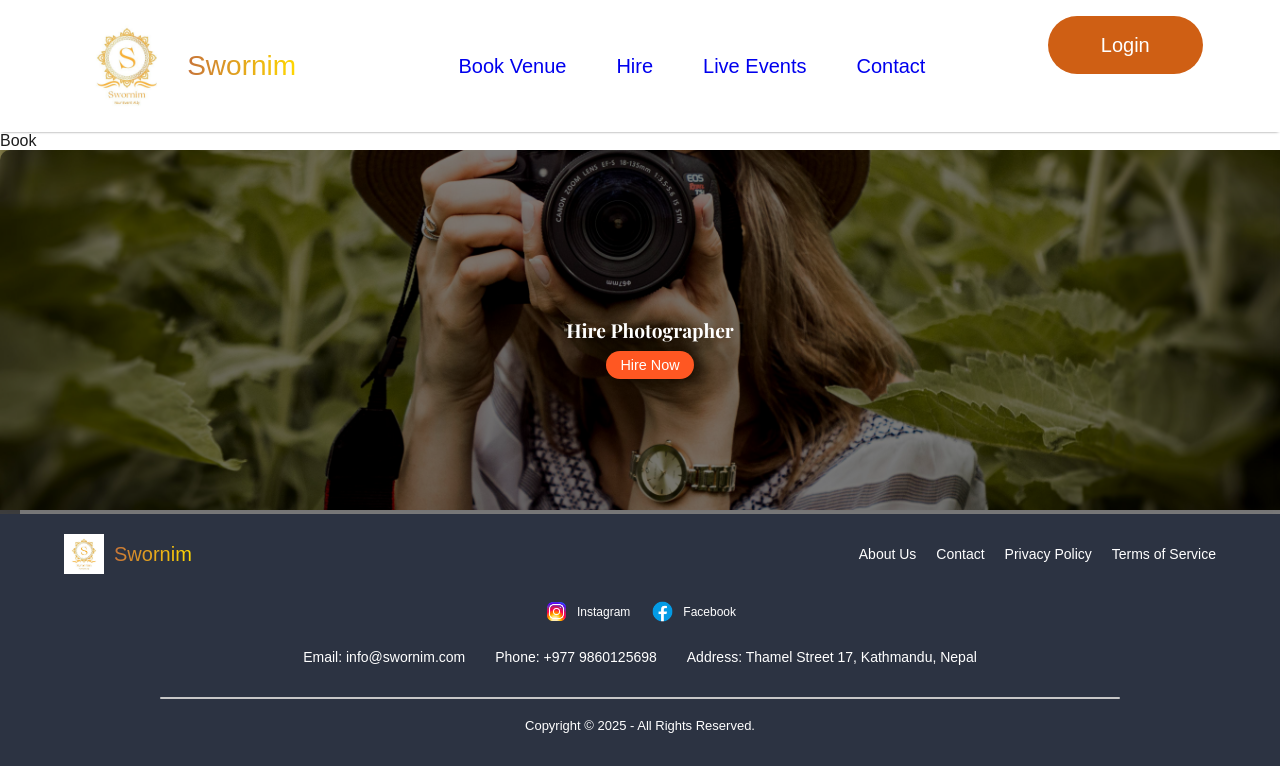
Repository: leonischu/Swornim
Page: / (app in frontend/)
An editor plug-in stored every save of this project. The page is shown before and after the next save, followed by the edit.
The browser window is 1280 px wide. The pictures show the whole page.
Pictures or frames that could not be fetched are drawn as grey boxes. The project was rebuilt for these pictures with package versions that can differ from the ones it lists, and the page was loaded fresh each time. Also part of the build but not shown: frontend/src/App.css, frontend/src/Pages/Contact.jsx, frontend/src/Pages/LoginSignup.jsx.

Above is the page before, as saved 2025-06-01 18:48:19.

After the next save:
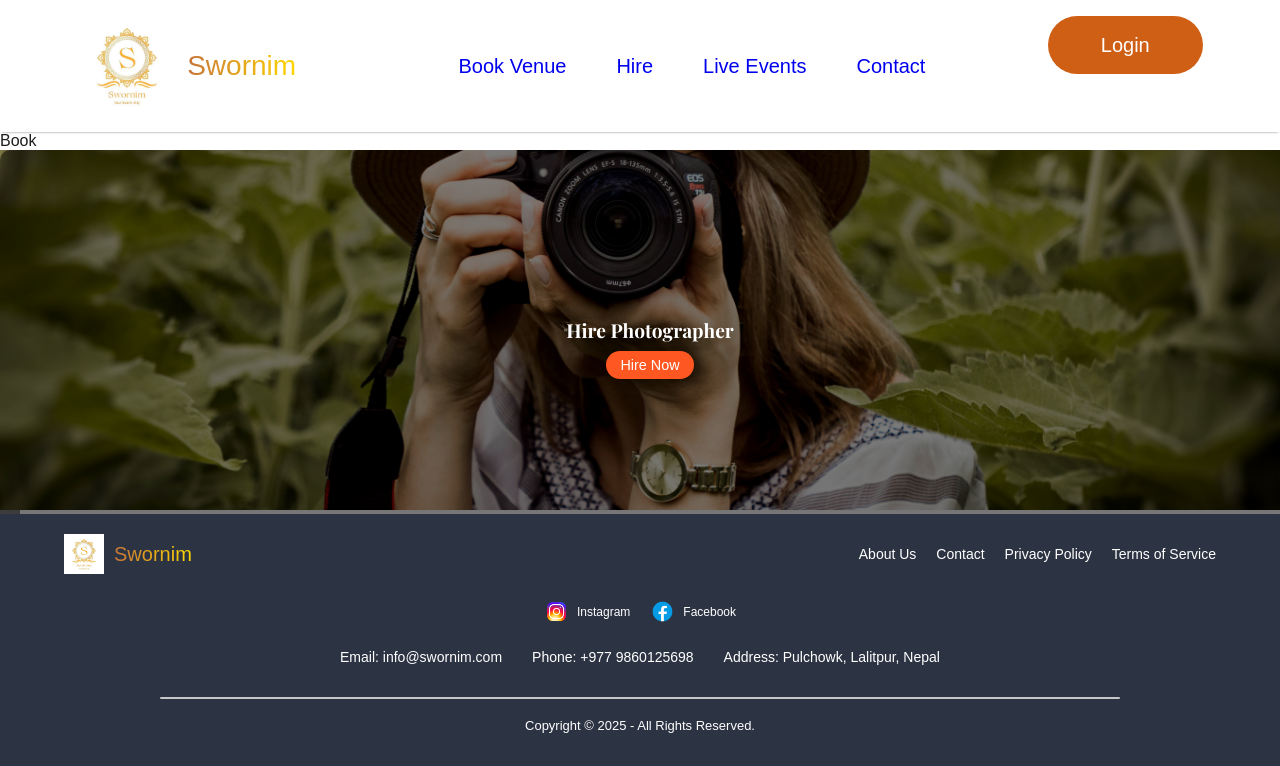
Saved 32 s later.
--- a/frontend/src/Components/Footer/Footer.jsx
+++ b/frontend/src/Components/Footer/Footer.jsx
@@ -51,7 +51,7 @@ export const Footer = () => {
       <div className="footer-contact">
         <p>Email: info@swornim.com</p>
         <p>Phone: +977 9860125698 </p>
-        <p>Address: Thamel Street 17, Kathmandu, Nepal</p>
+        <p>Address: Pulchowk, Lalitpur, Nepal</p>
       </div>
 
       {/* Copyright */}
